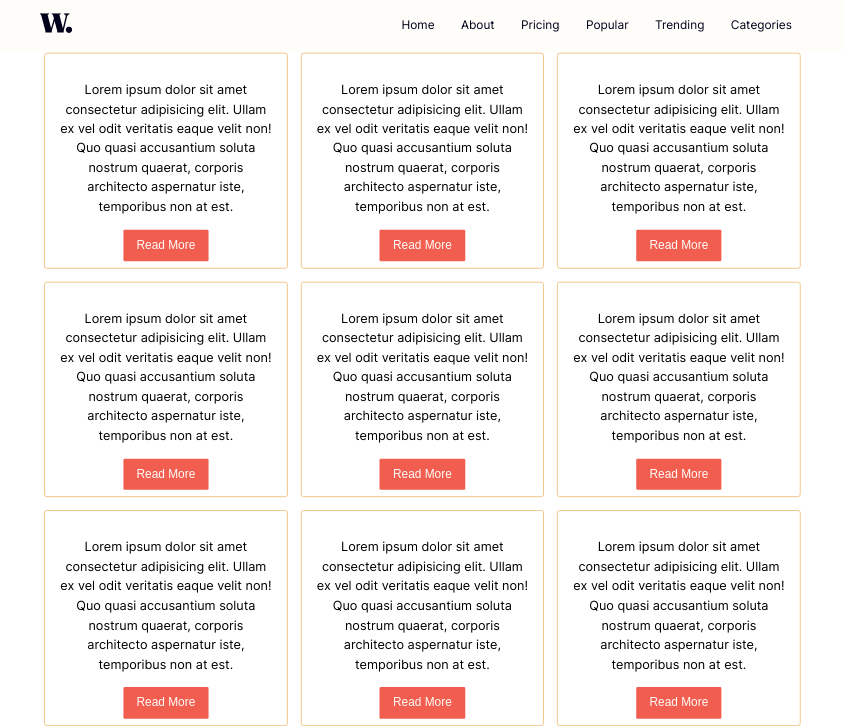
Repository: Benedict-Anthony/web3.0-blog-chain
Page: /trending
These files come from the project's save history. The page is drawn as it stood at one moment and after the next save; the edit follows.
The browser window is 1280 px wide. The pictures show the whole page, at 66% of full size.
The project was rebuilt for these pictures with package versions that can differ from the ones it lists, and the page was loaded fresh each time. The framework's server and built-in components were replaced by stand-ins that run in the browser. Also part of the build but not shown: next.config.js, styles/styles.css.

Above is the page before, as saved 2022-12-21 00:37:00.

After the next save:
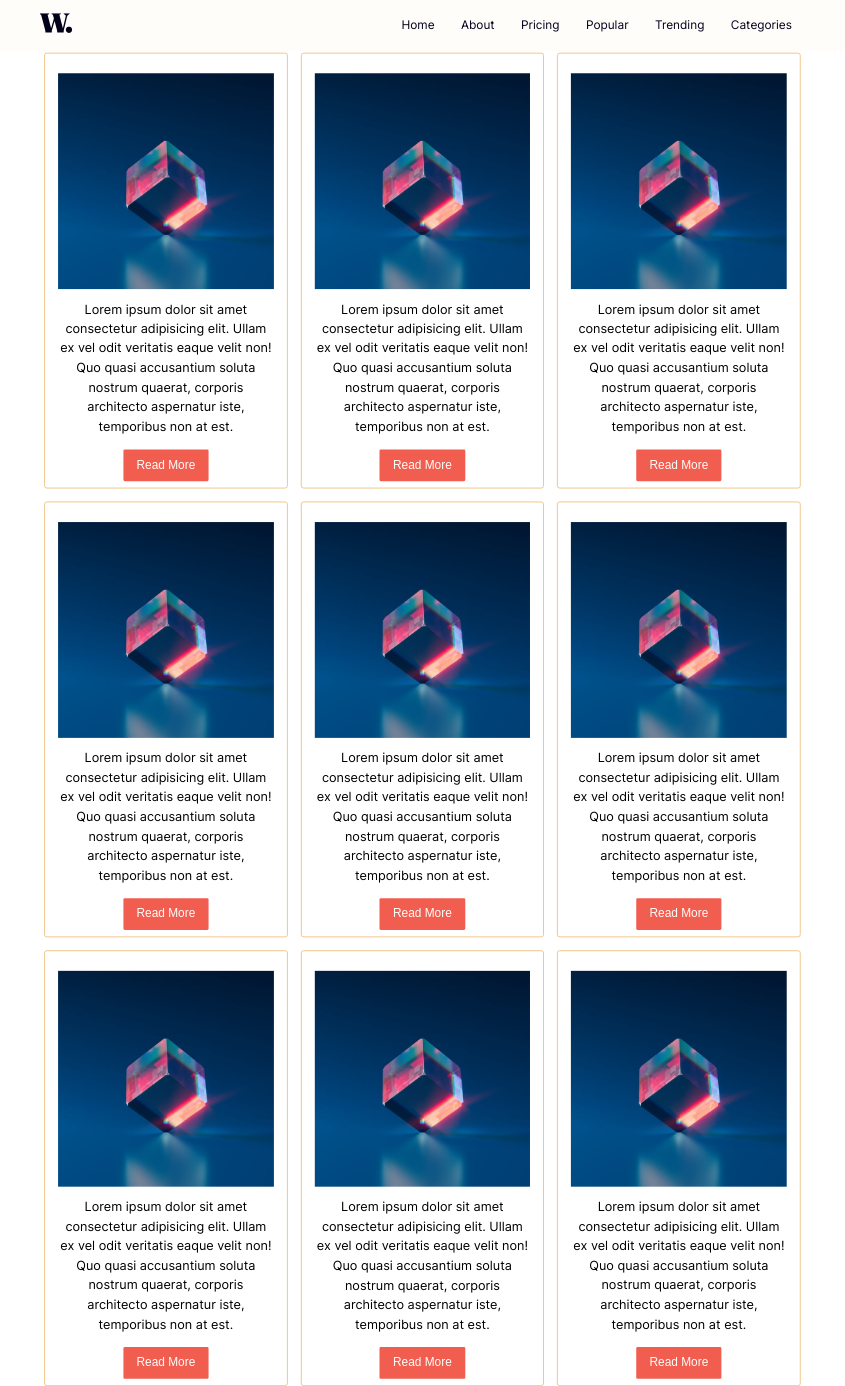
Saved 110 min 32 s later.
--- a/components/Trending.tsx
+++ b/components/Trending.tsx
@@ -20,7 +20,9 @@ const Trending = ({news}:TrendingProps) => {
           </div>
 
           <div>
-              {/* <p>{news.name}</p> */}
+        {/* <p>{news.name}</p> */}
+              <img src={"nft/images/image-equilibrium.jpg"} alt="" />
+
               <p>Lorem ipsum dolor sit amet consectetur adipisicing elit. Ullam ex vel odit veritatis eaque velit non! Quo quasi accusantium soluta nostrum quaerat, corporis architecto aspernatur iste, temporibus non at est.</p>
               <Button title='read more'/>
           </div>
